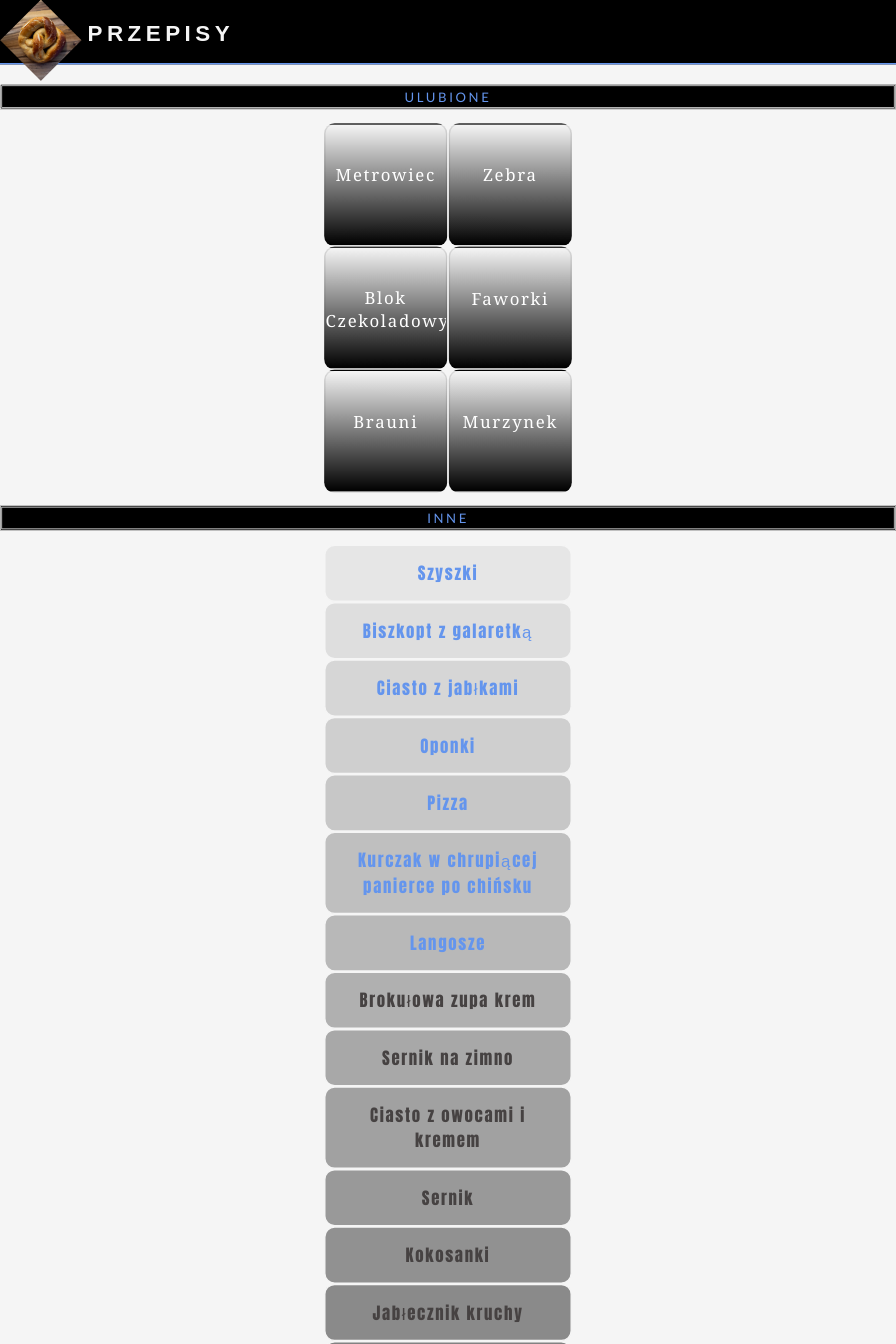
Repository: yaoayh/przepisy
Page: index.html
These files come from the project's save history. The page is drawn as it stood at one moment and after the next save; the edit follows.
The browser window is 1280 px wide. The pictures show the part of the page from y = 0 to 1920 px (the page is 3159 px tall), at 70% of full size.

Above is the page before, as saved 2020-08-14 00:29:30.

### index.html
<!DOCTYPE html>
<html>
    <head>
        <title>Przepisy</title>

        <meta charset="UTF-8">
        <meta name="viewport" content="width=device-width,
        initial-scale=1.0">
        <meta name="author" content="Dawid Litwin">

        <link rel="shortcut icon" href="images/icon.jpg">

        <link href="css/styles.css" type="text/css"
        rel="stylesheet" />
    </head>

    <body>
        <!--                HEADER                           -->
        <div id="header">
            <div class="picture">
                <a href="#top"><img src="images/precel.jpg" alt="precel"
                title="obrazek przedstawiajacy precel"
                width= "82,8" height= "82,8"></a>
            </div>
        <h1>Przepisy</h1>
        </div>


        <!--                    INFO 1                       -->

        <div class="info_Nr1">
            <h3>Ulubione</h3>
        </div>
        <!--                    SQARES                       -->

        <form class="head_Sqares">
            <!----------------------------------------------------------------------------------------------------------------------------------------------------------------------->
            <a class="m1" href="podstrony/metrowiec.html">
            <div class="sqares_Left">
                <p class="first_Choice">Metrowiec
                </p>
            </div></a>
            <a href="podstrony/Zebra.htm">
            <div class="sqares_Right">
                <p>Zebra</p>
            </div></a>
            <!---->
            <a href="podstrony/blok_Czekoladowy.html"><div class="sqares_Left">
                <p class="bigger">Blok Czekoladowy</p>
            </div></a>
            <a href="podstrony/faworki.html"><div class="sqares_Right">
                <p>Faworki</p>
            </div></a>
            <!---->
            <a href="podstrony/brauni.html"> <div class="sqares_Left">
                <p>Brauni</p>
            </div></a>
            <a href="podstrony/murzynek.html"><div class="sqares_Right">
                <p>Murzynek</p>
            </div></a>
            <!----------------------------------------------------------------------------------------------------------------------------------------------------------------------->
        </form>
        <div class="info_Nr2">
            <h3>Inne</h3>
        </div>
        <!--            CZEŚĆ DRUGA                          -->

        <form class="main2">
            <a href="podstrony/szyszki.html"><div class="n1"><p class="p1">Szyszki</p></div></a>
            <a href="podstrony/biszkopt_z_galaretką.html"><div class="n2"><p class="p1">Biszkopt z galaretką</p></div></a>
            <a href="podstrony/ciasto_z_jablkami.html"><div class="n3"><p class="p1">Ciasto z jabłkami</p></div></a>
            <a href="podstrony/oponki.html"><div class="n4"><p class="p1">Oponki</p></div></a>
            <a href="podstrony/pizza.html"><div class="n5"><p class="p1">Pizza</p></div></a>
            <a href="podstrony/kurczak_po_chinsku.html"><div class="n6"><p class="p1">Kurczak w chrupiącej panierce po chińsku</p></div></a>
            <a href="podstrony/langosze.html"><div class="n7"><p class="p1">Langosze</p></div></a>
            <a href="podstrony/brokulowa_zupa_krem.html"><div class="n8"><p class="p1_Shadow">Brokułowa zupa krem</p></div></a>
            <a href="podstrony/sernik_na_zimno.html"><div class="n9"><p class="p1_Shadow">Sernik na zimno</p></div></a>
            <a href="podstrony/ciasto_z_owocami_i_kremem.html"><div class="n10"><p class="p1_Shadow">Ciasto z owocami i kremem</p></div></a>
            <a href="podstrony/sernik.html"><div class="n11"><p class="p1_Shadow">Sernik</p></div></a>
            <a href="podstrony/kokosanki.html"><div class="n12"><p class="p1_Shadow">Kokosanki</p></div></a>
            <a href="podstrony/jablecznik_kruchy.html"><div class="n13"><p class="p1_Shadow">Jabłecznik kruchy</p></div></a>
            <a href="podstrony/ciasto_kasi.html"><div class="n14"><p class="p1_Shadow">Ciasto Kasi</p></div></a>
            <a href="podstrony/ciasto_ucierane.html"><div class="n15"><p class="p1">Ciasto ucierane z owocami</p></div></a>
            <a href="podstrony/gofry.html"><div class="n16"><p class="p1">Gofry</p></div></a>
            <a href="podstrony/brauni.html"><div class="n17"><p class="p1">Brauni Kasi</p></div></a>
            <a href="podstrony/salatka_francuska.html"><div class="n18"><p class="p1">Sałatka francuska</p></div></a>
            <a href="podstrony/botwina.html"><div class="n19"><p class="p1">Botwina</p></div></a>
            <a href="podstrony/nalewka.html"><div class="n20"><p class="p1">Nalewka</p></div></a>
            <a href="podstrony/salatka_zolta.html"><div class="n21"><p class="p1">Sałatka żółta</p></div></a>
            <a href="podstrony/ogorki_konserwowe.html"><div class="n22"><p class="p1">Ogórki konserwowe</p></div></a>
            <a href="podstrony/zacierki.html"><div class="n23"><p class="p1">Zacierki</p></div></a>
            <div class="n24"><p class="p1">Zupa serowa z pulpetami</p></div>
            <a href="podstrony/sos_beszamelowy_zapiekany.html"><div class="n25"><p class="p1">Sos beszamelowy Zapiekany</p></div></a>
            <a href="podstrony/kurczak_z_antylii.html">
                <div class="n26">
                    <p class="p1">Kurczak z Antylii</p>
                </div>
            </a>
            <br>

        </form>
        <br><br><br>

        <!--            PRAWA AUTORIESKIE                    -->

        <form class="bottom">
            <strong> <q>Precel</q>
                by <a class="a_Bottom" href="https://www.flickr.com/photos/ajay_suresh/">ajay_suresh</a>
        </strong>
        </form>


    </body>
</html>

### css/styles.css

html{overflow: scroll;}
body {
    height: auto;
	margin: 0px;
    background-color: whitesmoke;
}

/*                      Nagłówek                    */
body.body_Undersite{
    padding: 5px;
}
#header {
    top: 0px;
    width: 100%;
    height: 90px;
    position: fixed;
    background-color: black;
    border-bottom: 2px solid cornflowerblue;}

.picture{
    margin: 16px;
    float: left;
    width: 82px;
    transform: rotate(45deg);}

h1 {
    text-transform: uppercase;
    font-family: Arial, Helvetica, sans-serif;
    letter-spacing: 0.2em;
    font-style: normal;
    color: whitesmoke;
    padding: 30px 30px 30px 15px;
    margin-left: 110px;
    margin-top: 0px;}


/*                  CZESC II                    */
form.main2{
    margin: auto;
    height: auto; /*531px;*/
    width: 354px;/*354px;*/
    background-color: whitesmoke;
    padding: 5px;}
.info_Nr1, .info_Nr2{
    background-color: black;
    border: 12px 12px 12px 12px;
    border-color: white;
    border-style: double;
    text-align: center;
    margin-top: 120px;
    margin-bottom: 15px;
}

h3 {
    font-weight: normal;
    color: cornflowerblue;
    font-family: "Gill Sans", Arial, sans-serif;
    text-transform: uppercase;
    text-align: center;
    padding: 4px;
    margin: 0px;
    letter-spacing: 0.2em;}

/*                      BLOKI                   */

form.head_Sqares {
    margin: auto;
    height: 531px; /*531px;*/
    width: 354px;/*354px;*/
    background-color: whitesmoke;
    padding: 5px;}

.sqares_Left, .sqares_Right {
    text-decoration: none;
    border-radius: 15px;
    width: 172px;
    height: 172px;
    background-image: linear-gradient(whitesmoke, black);
    color: white;
    overflow: auto;
    border-top: 2px solid whitesmoke;
    border: 2px solid rgba(0, 0, 0, .1);

}
.sqares_Left{
    float: left;
    }
/* .first_Choice{color: cornflowerblue;} */
.sqares_Right{
    float: right ;
    clear: right;}
p {

    border-radius: 5px;
    text-decoration: none;
    padding-top: 55px;
    text-align: center;
    font-family: Georgia, 'Times New Roman', Times, serif;
    font-size: x-large;
    letter-spacing: 0.10em;
    margin:0px;}
p.p1_Shadow{padding: 21px; color: rgb(70, 66, 66);
    font-family: Impact, Haettenschweiler, 'Arial Narrow Bold', sans-serif;
text-decoration: none;}
p.p1{
    font-family: Impact, Haettenschweiler, 'Arial Narrow Bold', sans-serif;
    text-decoration: none;
    padding: 21px;
    color: cornflowerblue;}
#bigger {
    font-size: 9px;
    padding: 0px 0px;}
.info_Nr2 {margin-top: 10px;}

.n1,.n2,.n3,.n4,.n5,.n6,.n7,.n8,.n9,.n10,.n11,.n12,.n13,.n14,.n15,.n16,.n17,.n18,.n19,.n20,.n21,.n22,.n23,.n24,.n25,.n26,.n27{
    border-radius: 15px;
    border: 2px solid whitesmoke;
    clear: both;}
div.n1 {

    background-color: hsl(0, 0%, 90%);
}
.n2{
    background-color: hsl(0,0%,87%);
}
.n3{
    background-color: hsl(0, 0%, 84%);
}
.n4{
    background-color: hsl(0, 0%, 81%);
}
.n5{
    background-color: hsl(0, 0%, 78%);
}
.n6{
    background-color: hsl(0, 0%, 75%);
}
.n7{
    background-color: hsl(0, 0%, 72%);
}
.n8{
    background-color: hsl(0, 0%, 69%);
}
.n9{
    background-color: hsl(0, 0%, 66%);
}
.n10{
    background-color: hsl(0, 0%, 63%);
}
.n11{
    background-color: hsl(0, 0%, 60%);
}
.n12{
    background-color: hsl(0, 0%, 57%);
}
.n13{
    background-color: hsl(0, 0%, 54%);
}
.n14{
    background-color: hsl(0, 0%, 51%);
}
.n15{
    background-color: hsl(0, 0%, 48%);
}
.n16{
    background-color: hsl(0, 0%, 45%);
}
.n17{
    background-color: hsl(0, 0%, 42%);
}
.n18{
    background-color: hsl(0, 0%, 39%);
}
.n19{
    background-color: hsl(0, 0%, 36%);
}
.n20{
    background-color: hsl(0, 0%, 33%);
}
.n21{
    background-color: hsl(0, 0%, 30%);
}
.n22{
    background-color: hsl(0, 0%, 27%);
}
.n23{
    background-color: hsl(0, 0%, 24%);
}
.n24{
    background-color: hsl(0, 0%, 21%);
}
.n25{
    background-color: hsl(0, 0%, 18%);
}
.n26{
    background-color: hsl(0, 0%, 15%);
}
.n27{background-color: hsl(0, 0%, 12%);}


/*                  PRAWA AUTORSKIE             */
.a_Bottom {
    text-decoration: none;
    color: white;
    text-decoration-line: underline;
}
.bottom {
    padding: 5px;
    text-decoration: none;
    background-color: black;
    color: white;
}
/**************************************************************************************/

#header_Undersite {
    top: 0px;
    width: 100%;
    height: 90px;
    position: fixed;
    background-color: black;
    border-bottom: 2px solid cornflowerblue;}
h1.h1_Undersite {
    letter-spacing: 0.15em;
}

a.m1:visited{
    color: cornflowerblue;
}
a {

    text-decoration: whitesmoke;

}
a:visited{
    color: whitesmoke;
}
a:hover{
    text-decoration: none;
    background-color: aquamarine;
    color: cyan;
}
td{
    font-size: large;
    text-decoration: solid;
    font-family: Arial, Helvetica, sans-serif;
    padding: 5px;
    background-color: cornflowerblue;
    border-radius: 5px;

}
form.form_Undersite{
    margin-top: 120px;
    background-color: rgb(245, 245, 245);
}
.name{
    max-width: 400px;
    border-radius: 35px;
    border: 8px double cornflowerblue;
    background-color: hsl(245,0%,95%);
    padding: 5px 0px 5px 5px;
    margin: 5px;}

h2 {
    text-align: left;
    font-size: x-large;
    text-transform: uppercase;
    font-family: Arial, Helvetica, sans-serif;
    letter-spacing: 0.2em;
    font-style: normal;
    color: whitesmoke;
    padding: 30px;
    border: 1px solid cornflowerblue;
    border-radius: 0px 20px 20px 0px;
    max-width: 120px;
    background-color: cornflowerblue;
    }
table {

    margin-right: 0px;
    padding: 10px 0px 10px 0px;
}
tr{
    empty-cells: hide;
}
td {
    width: 60px;
    background-color: hsl(0,0%,87%);
    border-radius: 10px;
    padding: 10px 5px 10px 10px;
    text-align: right;
    font-weight: bold;
}
td.table2{
    width: auto;
    background-color: cornflowerblue;
    border-radius: 50px;
    font-weight: normal;
    padding: 10px 10px 10px 10px;
    text-align: left;
}
ol{
    padding: 10px 0px 10px 0px;
    margin: 25px;
    border-radius: 20px;
    background-color: hsl(0,0%,87%);
}
li {

    font-family: Arial, Helvetica, sans-serif;
    font-size: large;
    padding: 15px 5px 10px 5px;
}
.ps{
    background-color: hsl(0,0%,87%);
    margin: 5px;
    border: 4px double cadetblue;
    border-radius: 5px;
    padding: 5px;
}

After the next save:
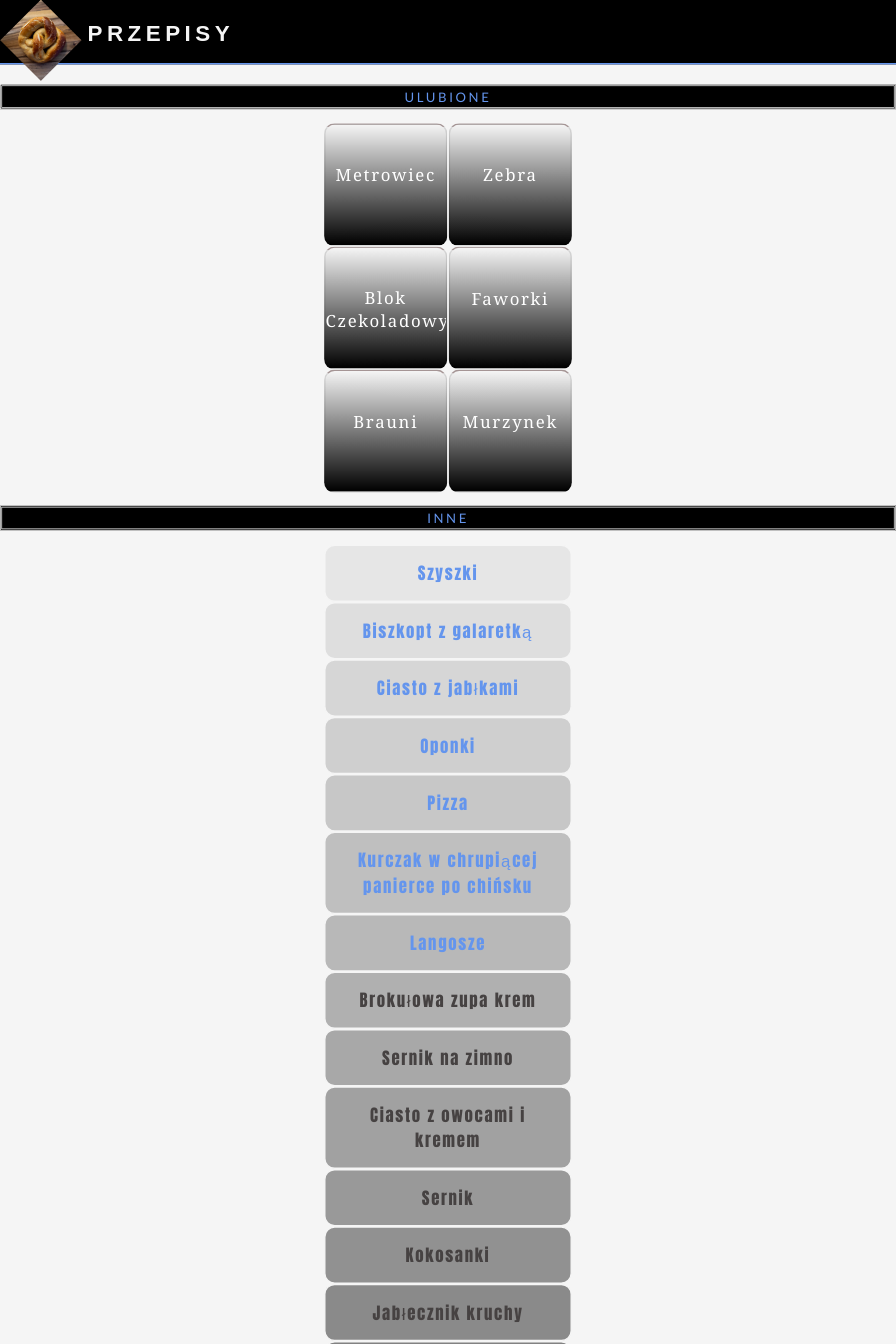
Saved 37 s later.
--- a/css/styles.css
+++ b/css/styles.css
@@ -79,8 +79,8 @@ form.head_Sqares {
     background-image: linear-gradient(whitesmoke, black);
     color: white;
     overflow: auto;
-    border-top: 2px solid whitesmoke;
     border: 2px solid rgba(0, 0, 0, .1);
+    border-top: 2px solid rgb(165, 149, 149);
 
 }
 .sqares_Left{
